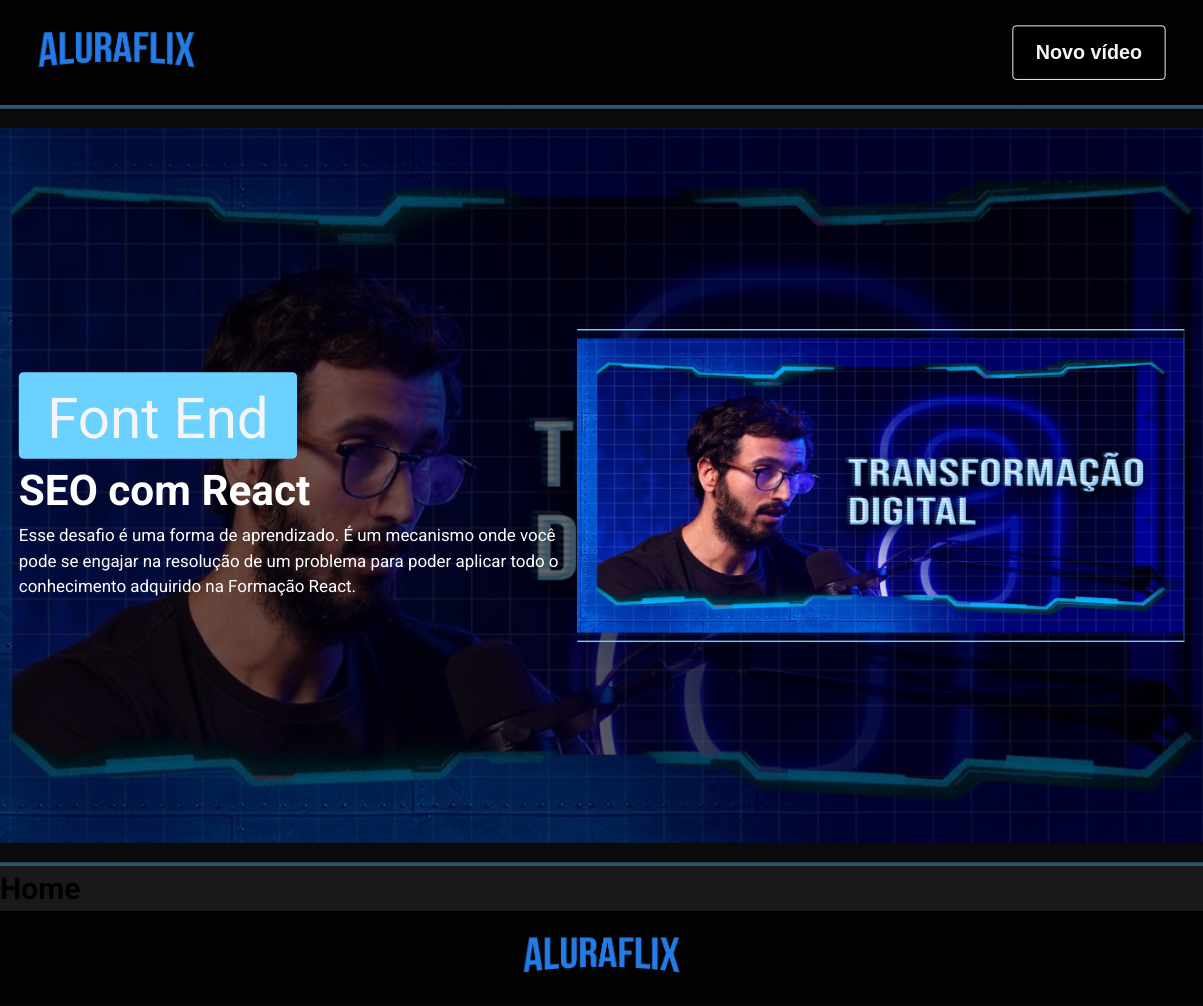
Repository: CarlosEduardoVdeOliveira/aluraflix
Page: /
These files come from the project's save history. The page is drawn as it stood at one moment and after the next save; the edit follows.
The browser window is 1280 px wide. The pictures show the whole page, at 94% of full size.
The project was rebuilt for these pictures with package versions that can differ from the ones it lists, and the page was loaded fresh each time. Also part of the build but not shown: vite.config.js, src/pages/RegisterVideo/index.jsx, src/pages/RegisterCategory/index.jsx.

Above is the page before, as saved 2023-09-20 13:45:20.

### index.html
<!doctype html>
<html lang="en">
  <head>
    <meta charset="UTF-8" />
    <link rel="preconnect" href="https://fonts.googleapis.com">
    <link rel="preconnect" href="https://fonts.gstatic.com" crossorigin>
    <!-- <link rel="icon" type="image/svg+xml" href="/vite.svg" /> -->
    <meta name="viewport" content="width=device-width, initial-scale=1.0" />
    <link href="https://fonts.googleapis.com/css2?family=Roboto:wght@300;400;500;700&display=swap" rel="stylesheet">
    <title>Alura + Flix</title>
  </head>
  <body>
    <div id="root"></div>
    <script type="module" src="/src/main.jsx"></script>
  </body>
</html>

### src/main.jsx
import React from 'react'
import ReactDOM from 'react-dom/client'
import AppRoutes from './routes'
import './index.css'

ReactDOM.createRoot(document.getElementById('root')).render(
  <React.StrictMode>
    <AppRoutes />
  </React.StrictMode>,
)

### src/routes.jsx
import { BrowserRouter, Route, Routes } from 'react-router-dom'
import PageBase from './pages/pageBase'
import Home from './pages/Home/Home'
import { ThemeProvider } from '@mui/material'
import { theme } from './'
import RegisterVideo from './pages/RegisterVideo'
import RegisterCategory from './pages/RegisterCategory'


export default function AppRoutes() {
  return (
    <BrowserRouter>
      <ThemeProvider theme={theme}>
        <Routes>
          <Route path='/' element={<PageBase />}>
            <Route index element={<Home />}></Route>
            <Route path='register-video' element={<RegisterVideo />}></Route>
            <Route path='register-category' element={<RegisterCategory />}></Route>
          </Route>
        </Routes>
      </ThemeProvider>
    </BrowserRouter>
  )
}

### src/index.css
:root {
  --gray-100: #F5F5F5;
  --gray-150: #E5E5E5;
  --gray-500: #191919;
  --blue-500: #2A7AE4;
  font-family: 'Roboto', sans-serif;
  line-height: 1.5;
  font-weight: 400;
  font-size: 1rem;
  font-synthesis: none;
  text-rendering: optimizeLegibility;
  -webkit-font-smoothing: antialiased;
  -moz-osx-font-smoothing: grayscale;
  -webkit-text-size-adjust: 100%;
}
*{
  box-sizing: border-box;
  margin: 0;
  padding: 0;
  scroll-behavior: smooth;
}
body{
  background-color: var(--gray-500);
}
a {
  text-decoration: none;
  transiton: .5s all ease-out;
}

button{
  cusor: pointer;
  transiton: .5s all ease-out;
}

### src/pages/pageBase/index.jsx
import { Banner } from '../../components/Banner';
import Footer from '../../components/Footer';
import Header from '../../components/Header'
import { Outlet } from "react-router-dom";
import { useLocation } from 'react-router-dom';


export default function PageBase() {
  const location = useLocation()
  return (
    <main>
      <Header button={location.pathname === '/'} />
      <Banner banner={location.pathname === '/'} />
      <Outlet />
      <Footer />
    </main>
  )
}

### src/pages/Home/Home.jsx

function Home() {

  return (
    <>
      <h1>Home</h1>
    </>
  )
}

export default Home

### src/index.js
import { createTheme } from '@mui/material/styles';

export const theme = createTheme({
  palette: {
    primary: {
      main: '#2A7AE4',
      light: '#6BD1FF',
      dark: '#002884',
      contrastText: '#fff',
    },
    secondary: {
      light: '#ff7961',
      main: '#f44336',
      dark: '#ba000d',
      contrastText: '#000',
    },
  },
});

### src/components/Banner/index.jsx
import styles from './Banner.module.css'
import bannerImage from '../../../public/banner.png'
import TitleCategory from '../TitleCategory';
// eslint-disable-next-line react/prop-types
export function Banner({banner}){
  return(
    <>
      {
        banner && (
        <div className={styles.container}>
          <div className={styles.content}>
            <TitleCategory
              bgColor="#6BD1FF"
              color="#f5f5f5"
            >
              Font End
            </TitleCategory>
            <h5 >
              SEO com React
            </h5>
            <p>
              Esse desafio é uma forma de aprendizado.
              É um mecanismo onde você pode se engajar na resolução de um problema
              para poder aplicar todo o conhecimento adquirido na Formação React.
            </p>
          </div>
          <img src={bannerImage} alt='Imagem do SEO da alura, '/>
        </div>
        )
      }
    </>
  );
}

### src/components/Footer/index.jsx
import { Link } from 'react-router-dom'
import logo from '../../assets/logo.png'
import styles from './Footer.module.css'
function Footer() {
  return (
    <footer className={styles.container}>
      <Link to='/'>
        <img src={logo} alt="Logo do aluraflix" />
      </Link>
    </footer>
  )
}

export default Footer

### src/components/Header/index.jsx
/* eslint-disable react/prop-types */
// eslint-disable-next-line no-unused-vars
import React from 'react';

import logo from '../../assets/logo.png'
import styles from './Header.module.css'
import { Link } from 'react-router-dom';
import Button from '../Button';


const Header = ({button}) => {

  return (
    <header className={styles.container}>
      <Link to="/">
        <img src={logo} alt='Logo do aluraflix' />
      </Link>
      {button &&
        <Link to="/register-video">
          <Button
            bgColor="#000"
            borderColor="1px solid #FFF"
            color="#F5f5f5"
          >
            Novo vídeo
          </Button>
        </Link>
      }
    </header>
  )
}

export default Header

### src/components/Banner/Banner.module.css
.container{
  background: linear-gradient(rgba(0, 0, 0, 0.59), rgba(0, 0, 0, 0.59)),
  url(../../../public/banner.png) center / cover no-repeat;
  width: 100%;
  height: 50.563rem;
  display: flex;
  justify-content: center;
  align-items: center;
  gap: 10px;
  padding: 20px;
}
.container img{
  width: 646px;
  height: 333.582px;
  flex-shrink: 0;
}
.content{
  color: #FFF;
}
.content h5{
  font-size: 45px;
}
.content p{
  font-size: 18px;
}

### src/components/TitleCategory/index.jsx
import styles from "./TitleCategory.module.css"
// eslint-disable-next-line react/prop-types
function TitleCategory({children, bgColor, color}) {
  return(
    <div
      className={styles.container}
      style={{
        backgroundColor: bgColor,
        color: color
      }}
    >
      {children}
    </div>
  )
}

export default TitleCategory

### src/components/Footer/Footer.module.css
.container{
  display: flex;
  align-items: center;
  justify-content: center;
  padding: 1.688rem 2.5rem;
  background-color: rgba(0, 0, 0, 0.9);
}

.container img{
  width: 168.45px;
  height: 40px;
}

### src/components/Header/Header.module.css
.container{
  display: flex;
  justify-content: space-between;
  align-items: center;
  padding: 1.688rem 2.5rem;
  background-color: rgba(0, 0, 0, 0.9);
}

.container img{
  width: 168.45px;
  height: 40px;
}

### src/components/Button/index.jsx
import styles from './Button.module.css'
// eslint-disable-next-line react/prop-types
function Button({children, bgColor, borderColor, color}) {
  return(
    <button className={styles.button}
      style={{
        background:bgColor,
        border:borderColor,
        color:color
      }}
    >
      {children}
    </button>
  )
}

export default Button

### src/components/TitleCategory/TitleCategory.module.css
.container{
  width: 296px;
  height: 92px;
  padding: 5px;
  text-align: center;
  border-radius: 5px;
  font-size: 60px;
}

### src/components/Button/Button.module.css
.button{
  color: #FFF;
  text-align: center;
  padding: 1rem 1.5rem;
  border-radius: .25rem;
  font-size: 21px;
  font-style: normal;
  font-weight: 600;
  cursor: pointer;
  line-height: 24px;
  transition: all .5s ease-in-out;
}

.button:hover{
  opacity: 0.5;
}

After the next save:
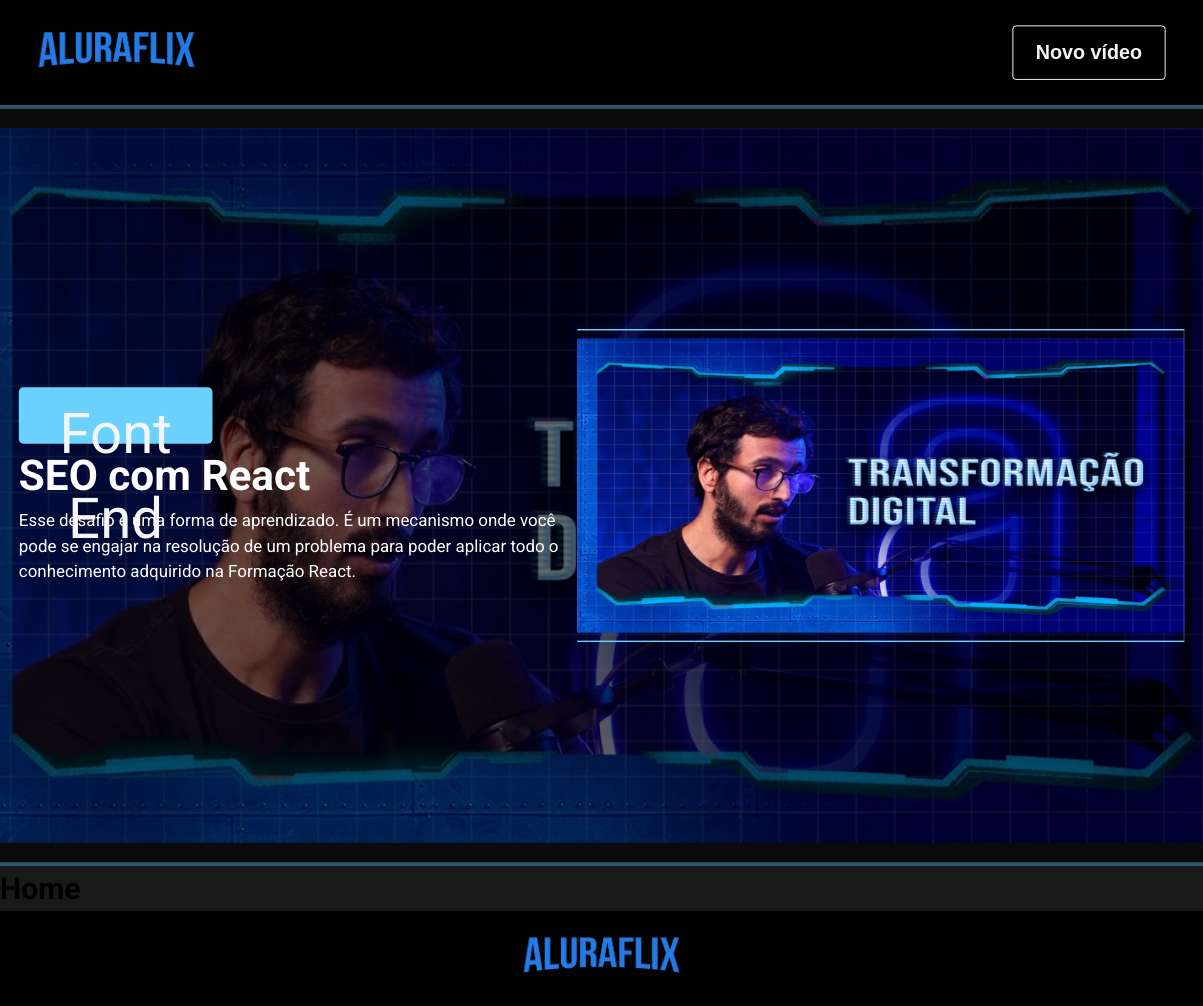
Saved 68 s later.
--- a/src/components/TitleCategory/TitleCategory.module.css
+++ b/src/components/TitleCategory/TitleCategory.module.css
@@ -1,6 +1,6 @@
 .container{
-  width: 296px;
-  height: 92px;
+  width: 206px;
+  height: 60px;
   padding: 5px;
   text-align: center;
   border-radius: 5px;
